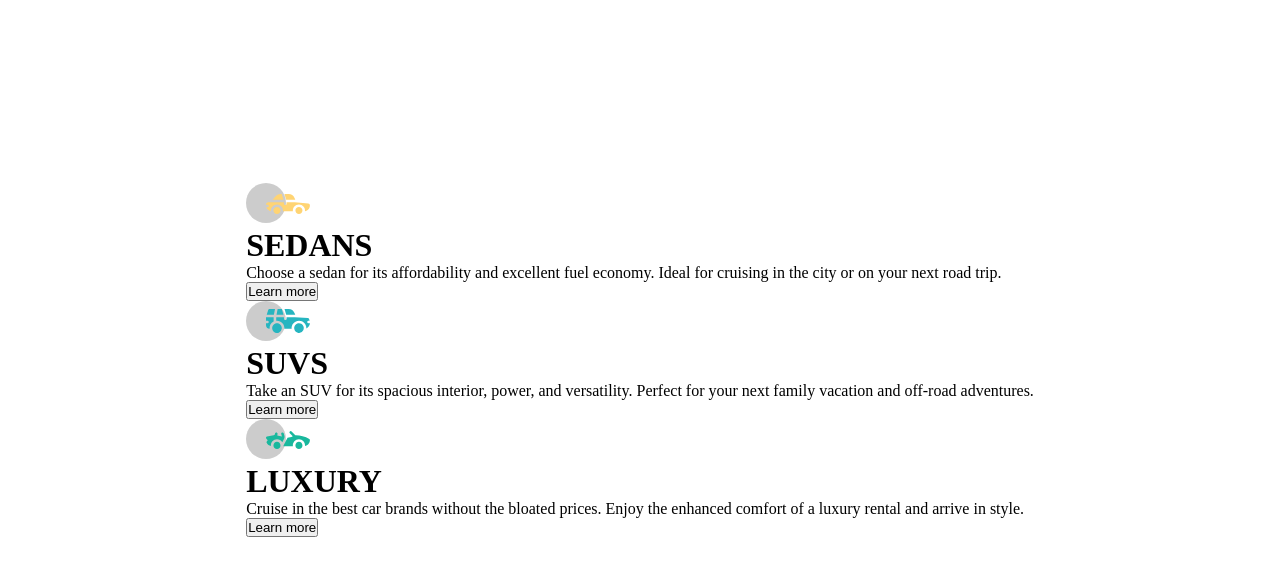
Repository: Pawan-pediredla/frontend-mentors
Page: 3-column-preview-card-component/3-column-preview-card-component-main/markup/index.html
The author's editor kept a copy of each file at every save. The page is drawn from the files as they stood at one save, then again after the next save.
The browser window is 1280 px wide. The pictures show the whole page.

Above is the page before, as saved 2024-06-22 12:58:55.

After the next save:
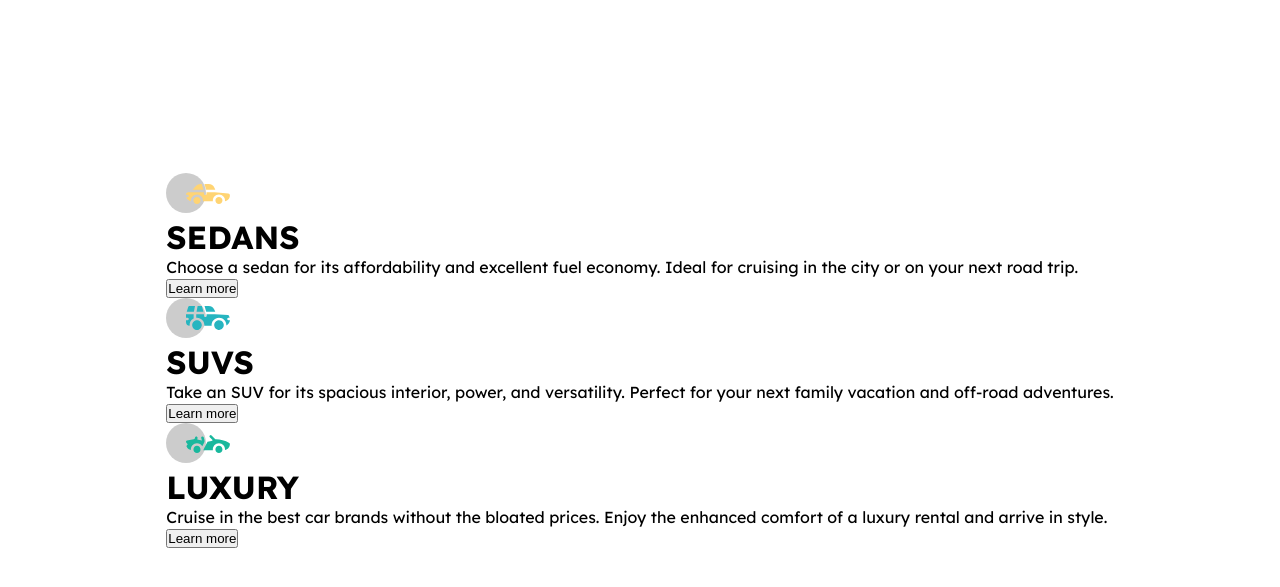
Saved 13 s later.
--- a/3-column-preview-card-component/3-column-preview-card-component-main/styling/index.css
+++ b/3-column-preview-card-component/3-column-preview-card-component-main/styling/index.css
@@ -24,7 +24,7 @@
         padding: 0;
     }
 body{
-    font-family: ;
+    font-family:  'Lexend Deca', sans-serif;
     font-size: ;
     height: 100vh;
     display: flex;
